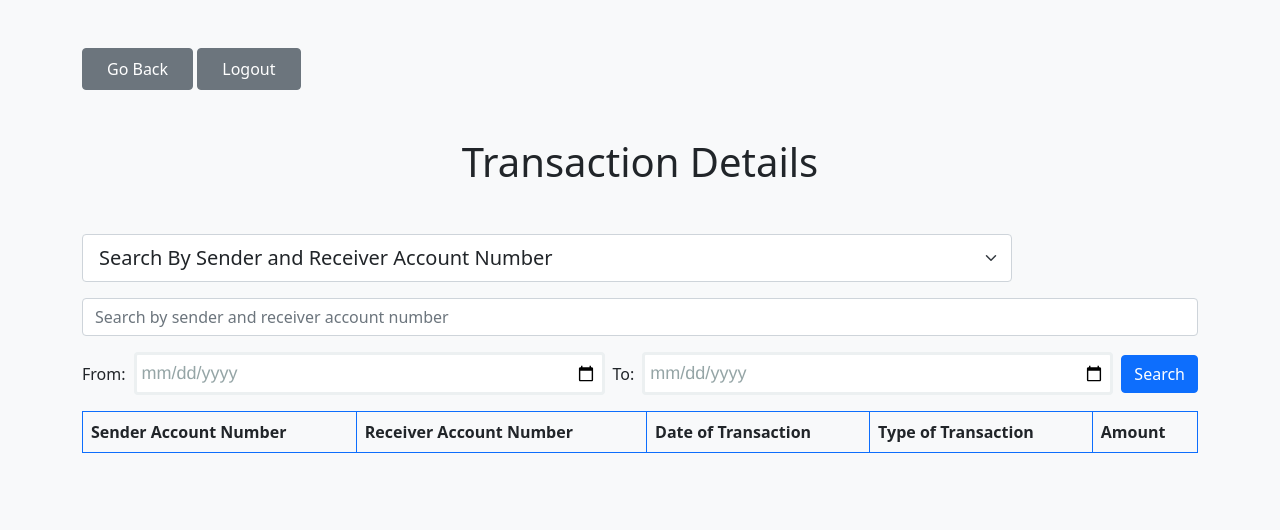
Repository: valletivarish/monojsp
Page: http://localhost/11-bank-application/view-transactions.jsp
The author's editor kept a copy of each file at every save. The page is drawn from the files as they stood at one save, then again after the next save.
The browser window is 1280 px wide. The pictures show the whole page.
The page is served by Tomcat 9. Other server files are loaded and not shown. The template is opened directly, without the code that normally fills it, so the values that code supplies are empty.

Above is the page before, as saved 2024-07-22 15:24:19.

### 11-bank-application/WebContent/view-transactions.jsp
<%@ page language="java" contentType="text/html; charset=UTF-8"
	pageEncoding="UTF-8"%>
<%@ taglib uri="http://java.sun.com/jsp/jstl/core" prefix="c"%>

<!DOCTYPE html>
<html lang="en">
<head>
<meta charset="UTF-8" />
<meta name="viewport" content="width=device-width, initial-scale=1.0" />
<title>View Transactions</title>
<link
	href="https://cdnjs.cloudflare.com/ajax/libs/font-awesome/6.6.0/css/all.min.css" />
<link
	href="https://cdn.jsdelivr.net/npm/bootstrap@5.0.2/dist/css/bootstrap.min.css"
	rel="stylesheet"
	integrity="sha384-EVSTQN3/azprG1Anm3QDgpJLIm9Nao0Yz1ztcQTwFspd3yD65VohhpuuCOmLASjC"
	crossorigin="anonymous" />
<script
	src="https://cdn.jsdelivr.net/npm/bootstrap@5.0.2/dist/js/bootstrap.bundle.min.js"
	integrity="sha384-MrcW6ZMFYlzcLA8Nl+NtUVF0sA7MsXsP1UyJoMp4YLEuNSfAP+JcXn/tWtIaxVXM"
	crossorigin="anonymous"></script>
<style>

input[type="date"]::-webkit-clear-button {
	display: none;
}

input[type="date"]::-webkit-inner-spin-button {
	display: none;
}

input[type="date"]::-webkit-calendar-picker-indicator {
	color: #2c3e50;
}

input[type="date"] {
	appearance: none;
	-webkit-appearance: none;
	color: #95a5a6;
	font-family: "Helvetica", arial, sans-serif;
	font-size: 18px;
	border: 3px solid #ecf0f1;
	background: #ffffff;
	padding: 5px;
	display: inline-block !important;
	visibility: visible !important;
}

input[type="date"], focus {
	color: #95a5a6;
	box-shadow: none;
	-webkit-box-shadow: none;
	-moz-box-shadow: none;
}
</style>
</head>
<body class="bg-light">
	<div class="container-lg my-5">
		<a class="btn btn-secondary p-2 px-4" href="admin?command=admin">Go
			Back</a> <a class="btn btn-secondary p-2 px-4" aria-current="page"
			href="logout">Logout</a>
		<h1 class="text-center my-5">Transaction Details</h1>
		<form action="admin" method="get">
			<div class="col-sm-10">
				<input type="hidden" name="command" value="viewTransactions" /> <select
					class="form-select form-select-lg mb-3"
					aria-label=".form-select-lg example" name="select">
					<option selected disabled>Search By Sender and Receiver Account Number</option>
					<option value="senderAccountNumber">Sender Account Number</option>
					<option value="receiverAccountNumber">Receiver Account
						Number</option>
				</select>

			</div>
			<div class="d-flex my-3">
				<input type="text" class="form-control" name="searchValue"
					placeholder="Search by sender and receiver account number" />
			</div>
			<div class="d-flex my-3 align-items-center">
				<label class="label me-2" for="from">From:</label> <input
					type="date" id="from" name="from" class="form-control me-2">

				<label class="label me-2" for="to">To:</label> <input type="date"
					id="to" name="to" class="form-control me-2"> <input
					type="submit" class="btn btn-primary" value="Search">
			</div>

		</form>

		<table class="table table-hover table-bordered border-primary">
			<thead>
				<tr>
					<th>Sender Account Number</th>
					<th>Receiver Account Number</th>
					<th>Date of Transaction</th>
					<th>Type of Transaction</th>
					<th>Amount</th>
				</tr>
			</thead>
			<tbody>
				<c:forEach var="transaction" items="${TheTransactions}">
					<tr>
						<td>${transaction.sender_account_number}</td>
						<td>${transaction.receiver_account_number}</td>
						<td>${transaction.date_of_transaction}</td>
						<td>${transaction.transaction_type}</td>
						<td>${transaction.transaction_amount}</td>
					</tr>
				</c:forEach>
			</tbody>
		</table>
	</div>
</body>
</html>

After the next save:
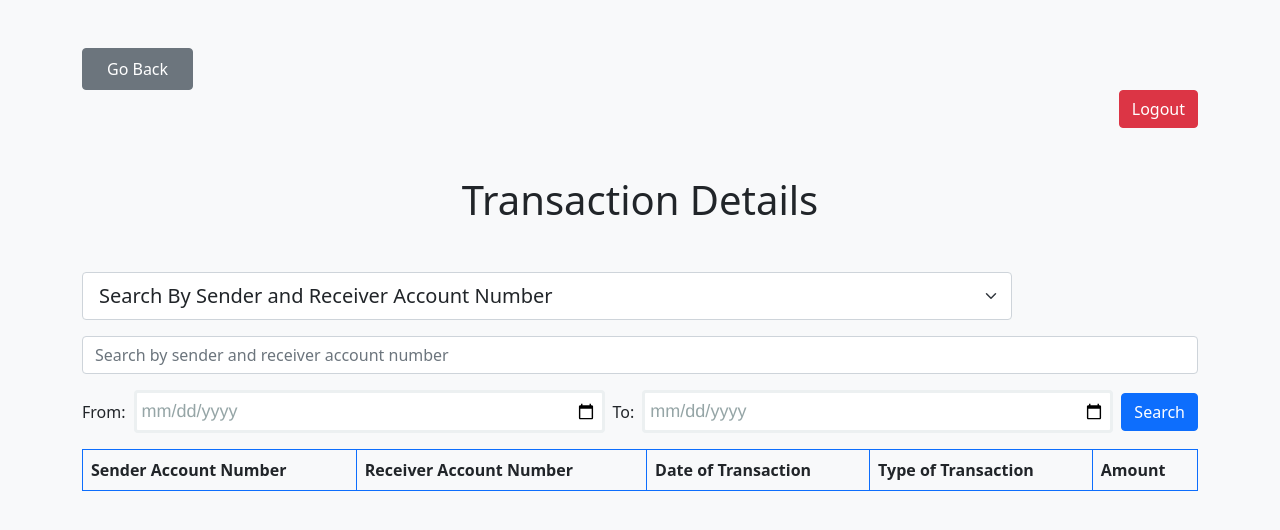
Saved 75 s later.
--- a/11-bank-application/WebContent/view-transactions.jsp
+++ b/11-bank-application/WebContent/view-transactions.jsp
@@ -20,7 +20,6 @@
 	integrity="sha384-MrcW6ZMFYlzcLA8Nl+NtUVF0sA7MsXsP1UyJoMp4YLEuNSfAP+JcXn/tWtIaxVXM"
 	crossorigin="anonymous"></script>
 <style>
-
 input[type="date"]::-webkit-clear-button {
 	display: none;
 }
@@ -57,15 +56,22 @@ input[type="date"], focus {
 <body class="bg-light">
 	<div class="container-lg my-5">
 		<a class="btn btn-secondary p-2 px-4" href="admin?command=admin">Go
-			Back</a> <a class="btn btn-secondary p-2 px-4" aria-current="page"
-			href="logout">Logout</a>
+			Back</a>
+		<!-- <a class="btn btn-secondary p-2 px-4" aria-current="page"
+			href="logout">Logout</a> -->
+		<div class="d-flex justify-content-end">
+			<button onclick="window.location.href='login.jsp'"
+				class="btn btn-danger">Logout</button>
+		</div>
 		<h1 class="text-center my-5">Transaction Details</h1>
-		<form action="admin" method="get">
+
+		<form action="admin" method="post">
 			<div class="col-sm-10">
 				<input type="hidden" name="command" value="viewTransactions" /> <select
 					class="form-select form-select-lg mb-3"
 					aria-label=".form-select-lg example" name="select">
-					<option selected disabled>Search By Sender and Receiver Account Number</option>
+					<option selected disabled>Search By Sender and Receiver
+						Account Number</option>
 					<option value="senderAccountNumber">Sender Account Number</option>
 					<option value="receiverAccountNumber">Receiver Account
 						Number</option>
